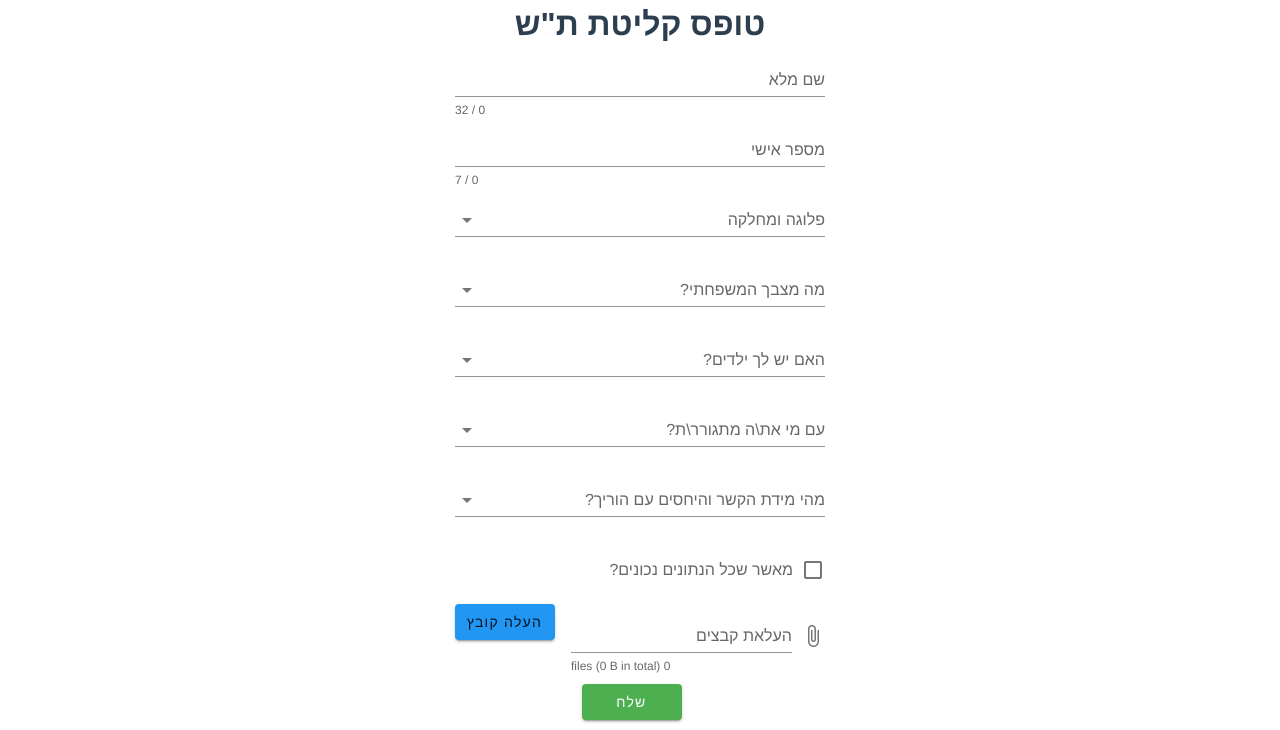
Repository: Natanhel/klitat-tash
Page: /
These files come from the project's save history. The page is drawn as it stood at one moment and after the next save; the edit follows.
The browser window is 1280 px wide. The pictures show the whole page.
The page's requests for data from a server got no answer. The project was rebuilt for these pictures with package versions that can differ from the ones it lists, and the page was loaded fresh each time. No one was signed in, and anything a server would have sent is missing. Also part of the build but not shown: vue.config.js.

Above is the page before, as saved 2020-12-01 18:11:27.

### src/App.vue
<template>
  <div id="app">
    <v-app>

      <h1>טופס קליטת ת"ש</h1>

      <v-form
        ref="form"
        v-model="valid"
        lazy-validation
      >
        <v-text-field
          v-model="name"
          :counter="32"
          :rules="nameRules"
          label="שם מלא"
          required
        ></v-text-field>

        <v-text-field
          v-model="pernr"
          :counter="7"
          :rules="pernrRules"
          label="מספר אישי"
          required
        ></v-text-field>

        <v-select
          v-model="select"
          :items="items"
          :rules="[v => !!v || 'נדרש להזין פלוגה ומחלקה']"
          label="פלוגה ומחלקה"
          required
        ></v-select>

        <v-select
          v-model="select"
          :items="familyItems"
          :rules="[v => !!v || 'נדרש להזין מצב משפחתי']"
          label="מה מצבך המשפחתי?"
          required
        ></v-select>

        <v-select
          v-model="select"
          :items="haveKidsItems"
          :rules="[v => !!v || 'נדרש להזין']"
          label="האם יש לך ילדים?"
          required
        ></v-select>

        <v-select
          v-model="select"
          :items="livingWithItems"
          :rules="[v => !!v || 'נדרש להזין']"
          label="עם מי את\ה מתגורר\ת?"
          required
        ></v-select>

        <v-select
          v-model="select"
          :items="parentsStatusItems"
          :rules="[v => !!v || 'נדרש להזין']"
          label="מהי מידת הקשר והיחסים עם הוריך?"
          required
        ></v-select>

        <v-checkbox
          v-model="checkbox"
          :rules="[v => !!v || 'עליך לאשר על מנת להמשיך!']"
          label="מאשר שכל הנתונים נכונים?"
          required
        ></v-checkbox>

      <div class="upload">

        <v-file-input v-model="files" show-size counter  chips label="העלאת קבצים"></v-file-input>

        <v-btn
          color="blue"
          class="mr-4"
          @click="uploadFile"
        >
          העלה קובץ
        </v-btn>
      </div>
      <div class="btn-group">
        <v-btn
          color="success"
          class="mr-4"
          @click="validate"
        >
          שלח
        </v-btn>
      </div>

      </v-form>
    </v-app>
  </div>
</template>

<script>
import axios from 'axios';

export default {
  name: 'App',
  mounted(){
    // login
    const data = JSON.stringify({"password":"passward","email":"natanhelp@gmail.com"});

    const config = {
      method: 'post',
      url: 'https://nat-task-manager.herokuapp.com/users/login',
      headers: {
        'Content-Type': 'application/json'
      },
      data : data
    };

    axios(config)
      .then((response) => {
        this.userToken = response.data.token
      })
      .catch((error) => {
        console.log(error);
      })
  },

  data: () => ({
    userToken: '',
    files: null,
    valid: true,
    name: '',
    nameRules: [
      v => !!v || 'נדרש להזין שם',
      v => !(v && v.length <= 4) || 'על השם להיות ארוך מ-4 תווים',
    ],
    pernr: '',
    pernrRules: [
      v => !!v || 'נדרש להזין מספר אישי',
      v => !(v.length !== 7) || 'על המספר להיות בדיוק 7 תווים'
    ],
    select: null,
    items: [
      'ו1',
      'ו2',
      'ו3',
      'ו4',
      'ו5',
    ],
    familyItems: [
      'רווק/ה',
      'נשוי/ה',
      'גרוש/ה'
    ],
    haveKidsItems: [
      'כן', 'לא'
    ],
    livingWithItems: [
      'מתוגרר/ת עם ההורים (אחד מהם לפחות)',
      'איני מתגורר/ת עם ההורים'
    ],
    parentsRelationsItems: [
      'בקשר עם שניהם ויחסים תקינים',
      'בקשר וביחסיפ תקינים (רק עם אחד מהם)',
      'בקשר עם שניהם/אחד מהם ומערכת יחסים רעועה',
      'לא בקשר בכלל'
    ],
    parentsStatusItems: [
      'נשואים',
      'גרושים',
      'פרודים',
      'אלמנ/ה',
      'רווק/ה'
    ],
    checkbox: false,
  }),
  methods: {
    validate () {
      this.$refs.form.validate()
    },
    reset () {
      this.$refs.form.reset()
    },
    resetValidation () {
      this.$refs.form.resetValidation()
    },
    async uploadFile() {
      var FormData = require('form-data');
      var data = new FormData();
      const buffer = await this.files.arrayBuffer()

      data.append('avatar', buffer)

      var config = {
        method: 'post',
        url: 'https://nat-task-manager.herokuapp.com/users/me/avatar',
        headers: {
          'Authorization': 'Bearer ' + this.userToken,
          ...data
        },
        data : data
      }

      axios(config)
      .then(function (response) {
        console.log(JSON.stringify(response.data));
      })
      .catch(function (error) {
        console.log(error);
      })
    }
  },
}
</script>

<style>
#app {
  font-family: Avenir, Helvetica, Arial, sans-serif;
  -webkit-font-smoothing: antialiased;
  -moz-osx-font-smoothing: grayscale;
  text-align: center;
  color: #2c3e50;
  margin-top: 60px;
}

form
{
  width: 370px;
}

#app
{
  padding: 0; margin: 0;
  display: flex;
  align-items: center;
  justify-content: center;
  background-color: transparent;
}

.v-btn
{
  width: 100px;
}

.btn-group{
  width: 100%;
  padding: 10px;
}

.upload
{
  display: flex;
  flex-direction: row;
  width: 370px;
}
html
{
  /* background: rgb(13,176,166);
background: linear-gradient(45deg, rgba(13,176,166,0.5) 50%, rgba(255,255,255,1) 50%  ); */
}
</style>

### src/plugins/vuetify.js
import Vue from 'vue';
import Vuetify from 'vuetify/lib';

Vue.use(Vuetify);

export default new Vuetify({
    rtl: true,
});

Loaded but not shown: public/index.html (common file); src/main.js (common file)

After the next save:
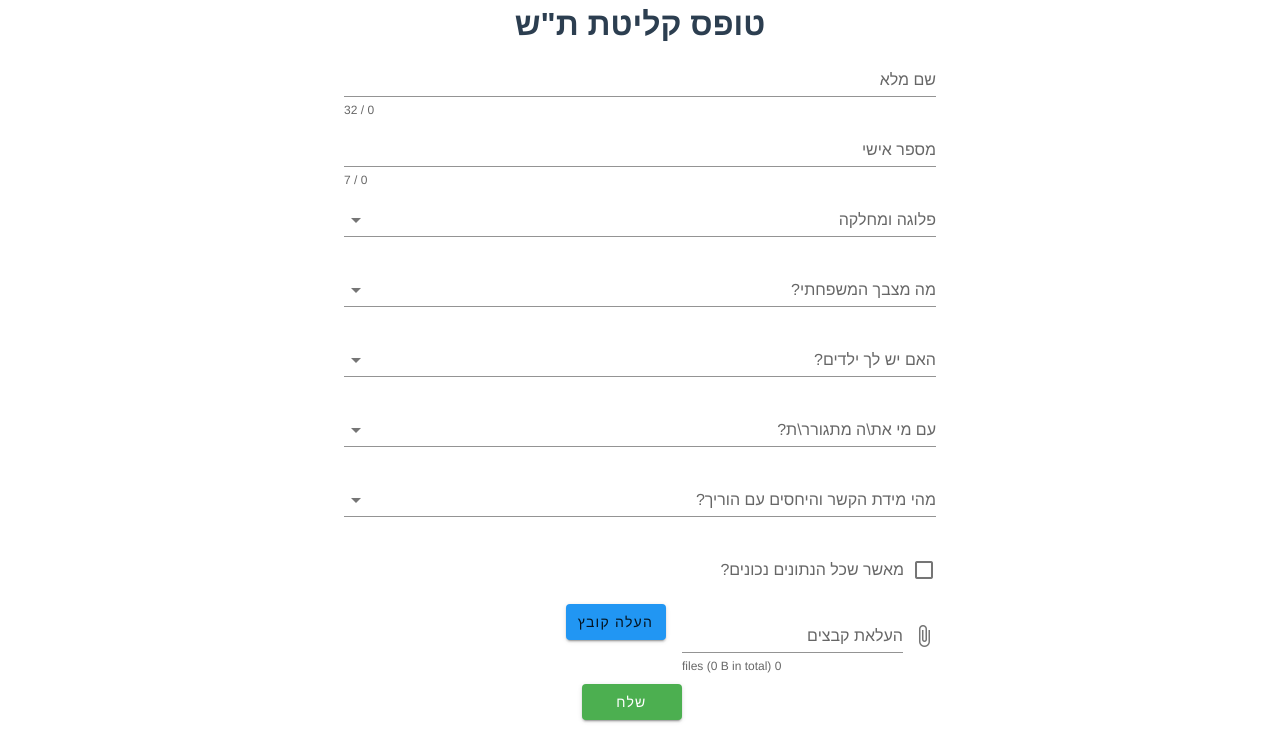
Saved 50 s later.
--- a/src/App.vue
+++ b/src/App.vue
@@ -226,7 +226,7 @@ export default {
 
 form
 {
-  width: 370px;
+  width: 37rem;
 }
 
 #app
